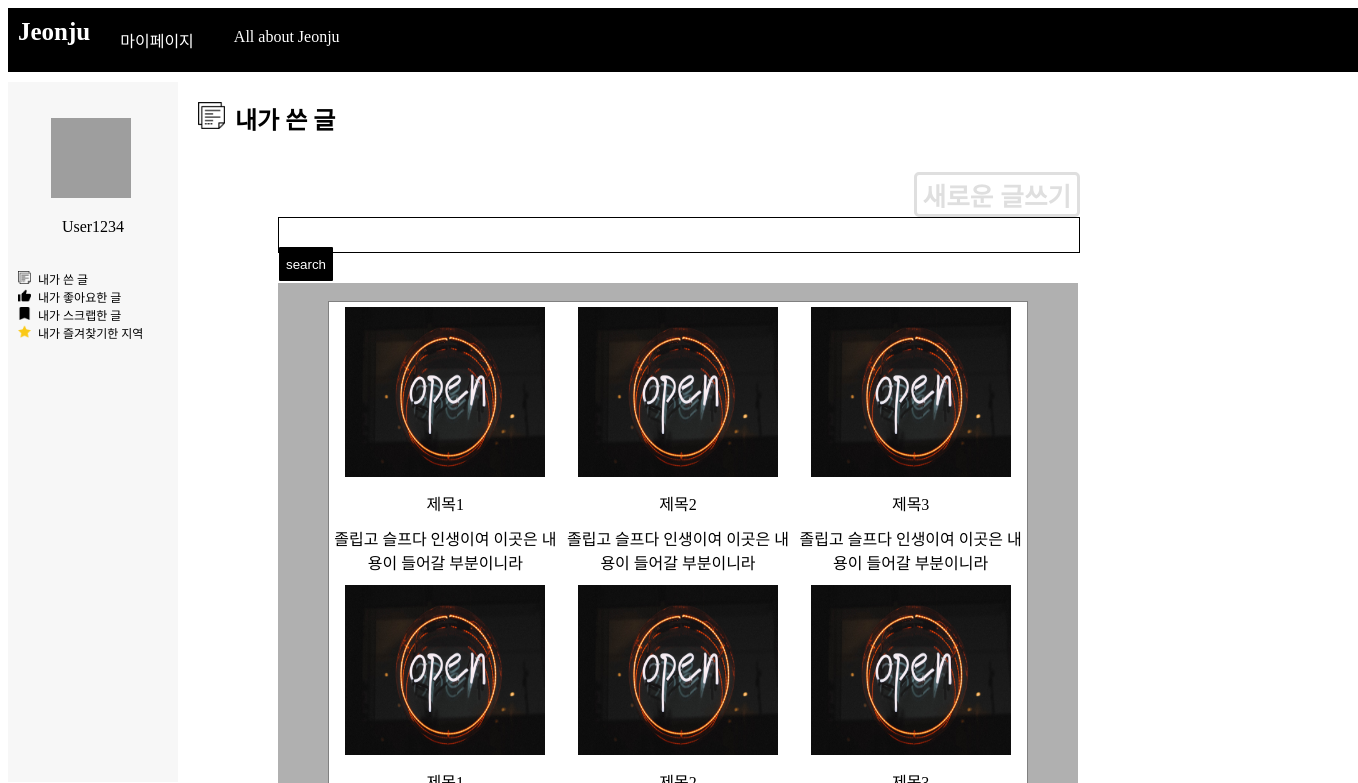
Repository: wka99/WEB-PROJECT
Page: Jeonju/WebContent/UserPage.html
An editor plug-in stored every save of this project. The page is shown before and after the next save, followed by the edit.
The browser window is 1280 px wide. The page is 1358 px wide, so the pictures cover 1358 px, including what lies to the right of the window. The pictures show the whole page.
Pictures or frames that could not be fetched are drawn as grey boxes. An inner scrolling area shows only its first screen. Some web libraries are served in a nearby version.

Above is the page before, as saved 2018-12-03 09:13:58.

### Jeonju/WebContent/UserPage.html
<!DOCTYPE html>
<html>
<head>
<meta content="text/html" charset="EUC-KR">
<script src="https://code.jquery.com/jquery-3.2.1.min.js"></script>
<script>
$(document).ready(function(){
    $("#searchbutton").click(function(event){
    	var keyword=$(".searchtext").val();
    	alert(keyword);
    });
})
</script>
<title>전주 mypage</title>
<link rel="stylesheet" type="text/css" href="NewFile.css">
</head>
<body>
<div id="container">
	<ul class="menubar">
		<li class="h"><a class="title" href="##"><b>Jeonju</b></a></li>
		<li class="h"><a class="h" href="UserPage.html">마이페이지</a>
			<ul>
				<li><a href="UserPage.html"><img id="usermenuimg" src="paper.png"></img> 내가 쓴 글</a></li>
				<li><a href="UserPage2.html"><img id="usermenuimg" src="thumb-up-button.png"></img> 내가 좋아요한 글</a></li>
				<li><a href="UserPage3.html"><img id="usermenuimg" src="bookmark-ribbon.png"></img> 내가 스크랩한 글</a></li>
				<li><a href="UserPage4.html"><img id="usermenuimg" src="star.png"></img> 내가 즐겨찾기한 글</a></li>
			</ul>
		</li>
		<li class="h"><a class="h" href="##">All about Jeonju</a></li>
	</ul>
    <nav>
    	<br><br>
    	<img id="userImg" src="user.png" width="80px" height="80px"></img>
    	<br><p align="center">User1234</p><br></a>
	<div class="menu">
    	<img id="usermenuimg" src="paper.png"></img>
    	<a href="UserPage.html"><span>&nbsp;내가 쓴 글</span><br></a>
    	<img id="usermenuimg" src="thumb-up-button.png"></img>
    	<a href="UserPage2.html"><span>&nbsp;내가 좋아요한 글</span><br></a>
    	<img id="usermenuimg" src="bookmark-ribbon.png"></img>
    	<a href="UserPage3.html"><span>&nbsp;내가 스크랩한 글</span><br></a>
    	<img id="usermenuimg" src="star.png"></img>
    	<a href="UserPage4.html"><span>&nbsp;내가 즐겨찾기한 지역</span></a>
	</div>
    </nav>
    <section>
    	<div class="title">
    		<img class="bigMenu" id="내가 쓴 글" src="paper.png" width="27px" height="27px"></img>
    		<b><font size="5">&nbsp;내가 쓴 글</font></b>
    	</div>
    	<br><br>
    	<div align="right">
    		<button class="btn-2">새로운 글쓰기</button>
    	</div>
    	<div class="searchwindow">
    		<input type="text" class="searchtext" value=""/>
    		<button id="searchbutton" type="button" class="search">search</button>
    	</div>

    	<br><br>
    	<div class="myPost">
    	<br>
    	<table id="user-table">
    		<tbody>
    		<tr>
				<td><img src="ds.jpg" width="200px" height="170px"></td>
				<td><img src="ds.jpg" width="200px" height="170px"></td>
				<td><img src="ds.jpg" width="200px" height="170px"></td>
    		</tr>
    		<tr>
    			<td height="10px">제목1</td>
				<td height="10px">제목2</td>
				<td height="10px">제목3</td>
    		</tr>
    		<tr>
    			<td height="50px">졸립고 슬프다 인생이여 이곳은 내용이 들어갈 부분이니라</td>
				<td height="50px">졸립고 슬프다 인생이여 이곳은 내용이 들어갈 부분이니라</td>
				<td height="50px">졸립고 슬프다 인생이여 이곳은 내용이 들어갈 부분이니라</td>
    		</tr>
    		<tr>
				<td><img src="ds.jpg" width="200px" height="170px"></td>
				<td><img src="ds.jpg" width="200px" height="170px"></td>
				<td><img src="ds.jpg" width="200px" height="170px"></td>
    		</tr>
    		<tr>
    			<td height="10px">제목1</td>
				<td height="10px">제목2</td>
				<td height="10px">제목3</td>
    		</tr>
    		<tr>
    			<td height="50px">졸립고 슬프다 인생이여 이곳은 내용이 들어갈 부분이니라</td>
				<td height="50px">졸립고 슬프다 인생이여 이곳은 내용이 들어갈 부분이니라</td>
				<td height="50px">졸립고 슬프다 인생이여 이곳은 내용이 들어갈 부분이니라</td>
    		</tr>
    		</tbody>
    	</table>
    	</div>
    </section>
</div>
</body>
</html>

### Jeonju/WebContent/NewFile.css
	#container{
		width:1350px;
		margin:0px auto;
	}
	header{
		    		width:100%;
                    height:50px;
                    background-color:black;
                    color:white;
                   }
    .menubar{
    	list-style-type:none;
    	margin:0;
    	padding:0;
    	overflow:hidden;
    	background-color:black;
    }
    li.h{
    	float:left;
    	solid #bbb;
    }
    li.h a.h{
    	display:block;
    	color:white;
    	text-align:center;
    	padding:20px;
    	text-decoration:none;
    }
    li.h a.title{
    	display:block;
    	color:white;
    	text-align:center;
    	padding:10px;
    	text-decoration:none;
    	font-size:25px;
    }
    .menubar li ul{
    	opacity:0.8;
		background: rgb(109,109,109);
		display:none; /* 평상시에는 드랍메뉴가 안보이게 하기 */
		height:auto;
		padding:0px;
		margin:0px;
		border:0px;
		position:absolute;
		width:200px;
		z-index:200;
	}
	.menubar li:hover ul{
		display:block; /* 마우스 커서 올리면 드랍메뉴 보이게 하기 */
	}
	.menubar li li {
	background: rgb(109,109,109);
	display:block;
	float:none;
	margin:0px;
	padding:0px;
	width:200px;
	}
	.menubar li:hover li a{
	background:none;
	}
	.menubar li ul a{
	display:block;
    color:white;
    text-align:left;
    text-decoration:none;
    padding:15px;
	}
	.menubar li ul a:hover, .menubar li ul li:hover a{
	background: rgb(71,71,71);
	border:0px;
	color:#ffffff;
	text-decoration:none;
	}
    li.h a.h:hover{background-color:#dfdfdf;}

    .searchwindow {
	display: inline-block;
	width: 800px; height: 34px;
	border: 1px solid black;
	background: white;
	align:center;
	margin-left:100px;
	}
	.searchtext {
		width: 731px; height: 21px;
		margin: 6px 0 0 9px;
		border: 0;
		line-height: 21px;
		font-size: 16px;
		outline: none;
	}
	.search {
		width: 54px; height: 34px;
		margin: 0; border: 0;
		vertical-align: top;
		background: black;
		color: white;
		border-radius: 1px;
		cursor: pointer;
	}
	.search:hover {
		background: #faa93e;
	}
	button,
button::after {
  -webkit-transition: all 0.3s;
    -moz-transition: all 0.3s;
  -o-transition: all 0.3s;
    transition: all 0.3s;
}

	.btn-2{
	  background: none;
	  border: 3px solid #dfdfdf;
	  border-radius: 5px;
	  color: #dfdfdf;
	  display: block;
	  font-size: 1.6em;
	  font-weight: bold;
	  position: relative;
	  text-transform: uppercase;
	}

	.btn-2::before,
	.btn-2::after {
	  background: #dfdfdf;
	  content: '';
	  position: absolute;
	  z-index: -1;
	}

	.btn-2:hover {
	  color: #2ecc71;
	}

	.btn-2::after {
	  height: 100%;
	  left: 0;
	  top: 0;
	  width: 0;
	}

	.btn-2:hover:after {
	  width: 100%;
	}


    nav{
            float:left;
            margin-top:10px;
            background-color:#f7f7f7;
            width:170px;
            height:700px;}
    section{
    		float:left;
    	}
    #userImg{margin-left:43px;}
    #usermenuimg{margin-left:10px;width:13px;height:13px;}
	.menu{margin-bottom:5px;}
    nav span{font-size:12px;}
    .menu a{color:black;text-decoration:none;}
    header a{color:white;text-decoration:none;}
    .bigMenu{margin-left:20px; margin-top:30px;}
    .myPost{width:800px; height:500px; margin-left:100px; overflow:auto; background-color:#b0b0b0;}
    #user-table{margin:0 auto;text-align:center;border-collapse:collapse;width:700px;
                border:1px solid gray; background-color:white;}
    #user-table td{padding:5px;}

After the next save:
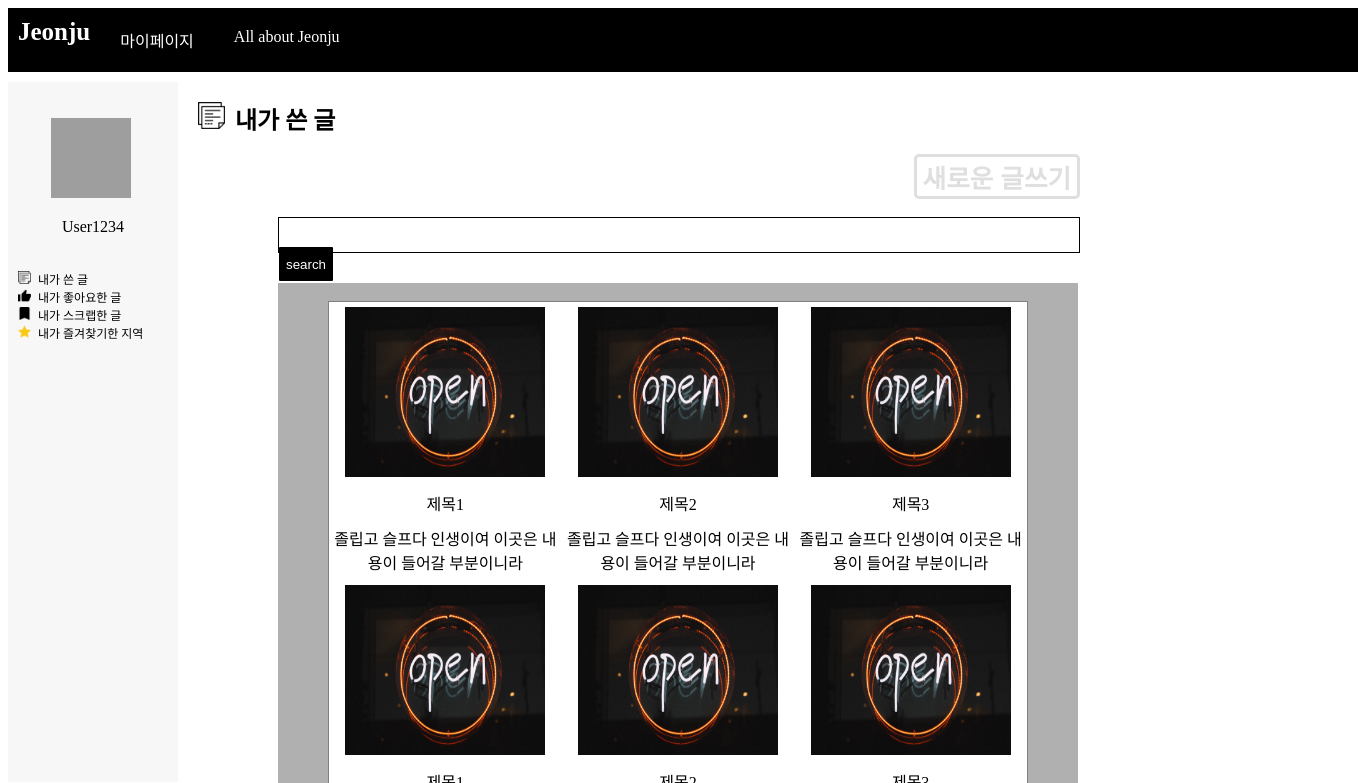
Saved 13 s later.
--- a/Jeonju/WebContent/UserPage.html
+++ b/Jeonju/WebContent/UserPage.html
@@ -48,10 +48,11 @@ $(document).ready(function(){
     		<img class="bigMenu" id="내가 쓴 글" src="paper.png" width="27px" height="27px"></img>
     		<b><font size="5">&nbsp;내가 쓴 글</font></b>
     	</div>
-    	<br><br>
+    	<br>
     	<div align="right">
     		<button class="btn-2">새로운 글쓰기</button>
     	</div>
+    	<br>
     	<div class="searchwindow">
     		<input type="text" class="searchtext" value=""/>
     		<button id="searchbutton" type="button" class="search">search</button>
